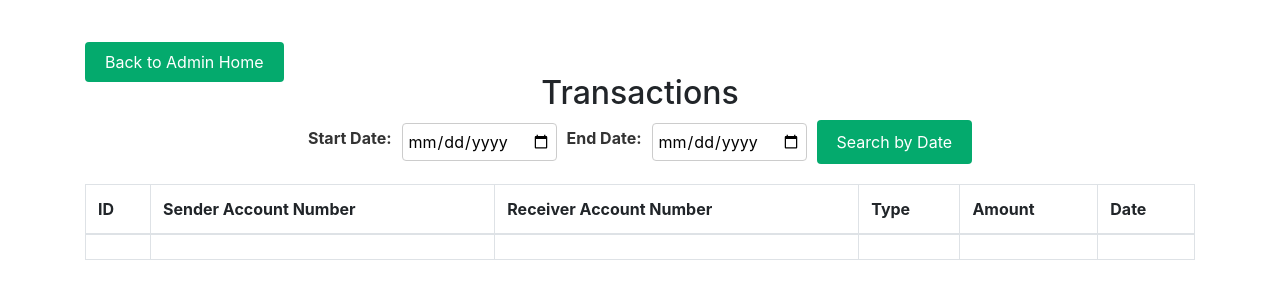
Repository: SuyashAwasthy/Javaee
Page: http://localhost/13-bank-application-mvc/viewTransaction.jsp
An editor plug-in stored every save of this project. The page is shown before and after the next save, followed by the edit.
The browser window is 1280 px wide. The pictures show the whole page.
The page is served by Tomcat 9. Other server files are loaded and not shown. The template is opened directly, without the code that normally fills it, so the values that code supplies are empty.

Above is the page before, as saved 2024-07-22 10:17:38.

### 13-bank-application-mvc/WebContent/viewTransaction.jsp
<%@ page language="java" contentType="text/html; charset=UTF-8"
	pageEncoding="UTF-8"%>

<!DOCTYPE html>
<html>
<head>
<title>View Transactions</title>
<link rel="stylesheet" href="css/styles.css">
<link rel="stylesheet"
	href="https://maxcdn.bootstrapcdn.com/bootstrap/4.0.0/css/bootstrap.min.css">
<style>
.container {
	margin-top: 50px;
}

.table {
	margin-top: 20px;
}
</style>
</head>
<body>

	<div class="container">
		<a href="adminHome.jsp" class="button">Back to Admin Home</a>
		<h2 class="text-center">Transactions</h2>
		<form action="searchTransactionsByDate" method="get" class="date-form">
            <label for="startDate">Start Date:</label>
            <input type="date" id="startDate" name="startDate" required>

            <label for="endDate">End Date:</label>
            <input type="date" id="endDate" name="endDate" required>

            <button type="submit" class="btn">Search by Date</button>
        </form>
		<table class="table table-bordered">
			<thead>
				<tr>
					<th>ID</th>
					<th>Sender Account Number</th>
					<th>Receiver Account Number</th>
					<th>Type</th>
					<th>Amount</th>
					<th>Date</th>
				</tr>
			</thead>
			<tbody>
				<c:forEach var="transaction" items="${transactions}">
					<tr>
						<td>${transaction.id}</td>
						<td>${transaction.senderAccountNumber}</td>
						<td>${transaction.receiverAccountNumber}</td>
						<td>${transaction.type}</td>
						<td>${transaction.amount}</td>
						<td>${transaction.date}</td>
					</tr>
				</c:forEach>
			</tbody>
		</table>
	</div>
</body>
</html>

### 13-bank-application-mvc/WebContent/css/styles.css
.button {
	margin-top: 20px;
  	padding: 10px 20px;
    background-color: #04AA6D;
    color: white;
    border: none;
    border-radius: 4px;
    font-size: 16px;
    cursor: pointer;
    transition: background-color 0.3s ease;

}

.button:hover {
    background-color: #45a049;
}

.date-form {
    margin-bottom: 20px;
    justify-content: center;
    align-items: center;
    display: flex;
}

.date-form label {
    margin-right: 10px;
    font-weight: bold;
    color: #333;
}

.date-form input[type="date"] {
    margin-right: 10px;
    padding: 5px;
    border-radius: 4px;
    border: 1px solid #ccc;
}

.date-form .btn {
    padding: 10px 20px;
    background-color: #04AA6D;
    color: white;
    border: none;
    border-radius: 4px;
    font-size: 16px;
    cursor: pointer;
    transition: background-color 0.3s ease;
}

.date-form .btn:hover {
    background-color: #45a049;
}

.search-form {
    margin-bottom: 20px;
    display: flex;
    justify-content: center;
    align-items: center;
}

.search-form label {
    margin-right: 10px;
    font-weight: bold;
    color: #333;
}

.search-form select,
.search-form input[type="text"] {
    margin-right: 10px;
    padding: 5px;
    border-radius: 4px;
    border: 1px solid #ccc;
    font-size: 14px;
    width: 200px;
}

.search-form .btn {
    padding: 10px 20px;
    background-color: #04AA6D;
    color: white;
    border: none;
    border-radius: 4px;
    font-size: 16px;
    cursor: pointer;
    transition: background-color 0.3s ease;
}

.search-form .btn:hover {
    background-color: #45a049;
}

After the next save:
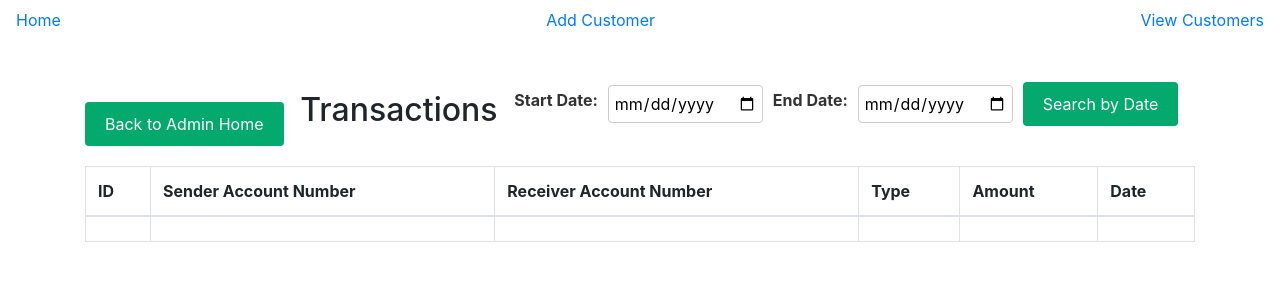
Saved 27 s later.
--- a/13-bank-application-mvc/WebContent/viewTransaction.jsp
+++ b/13-bank-application-mvc/WebContent/viewTransaction.jsp
@@ -19,19 +19,20 @@
 </style>
 </head>
 <body>
-
+	<div class="navbar">
+		<a href="adminHome.jsp">Home</a> <a href="addCustomer.jsp">Add
+			Customer</a> <a href="viewCustomers.jsp">View Customers</a>
 	<div class="container">
 		<a href="adminHome.jsp" class="button">Back to Admin Home</a>
 		<h2 class="text-center">Transactions</h2>
 		<form action="searchTransactionsByDate" method="get" class="date-form">
-            <label for="startDate">Start Date:</label>
-            <input type="date" id="startDate" name="startDate" required>
+			<label for="startDate">Start Date:</label> <input type="date"
+				id="startDate" name="startDate" required> <label
+				for="endDate">End Date:</label> <input type="date" id="endDate"
+				name="endDate" required>
 
-            <label for="endDate">End Date:</label>
-            <input type="date" id="endDate" name="endDate" required>
-
-            <button type="submit" class="btn">Search by Date</button>
-        </form>
+			<button type="submit" class="btn">Search by Date</button>
+		</form>
 		<table class="table table-bordered">
 			<thead>
 				<tr>
